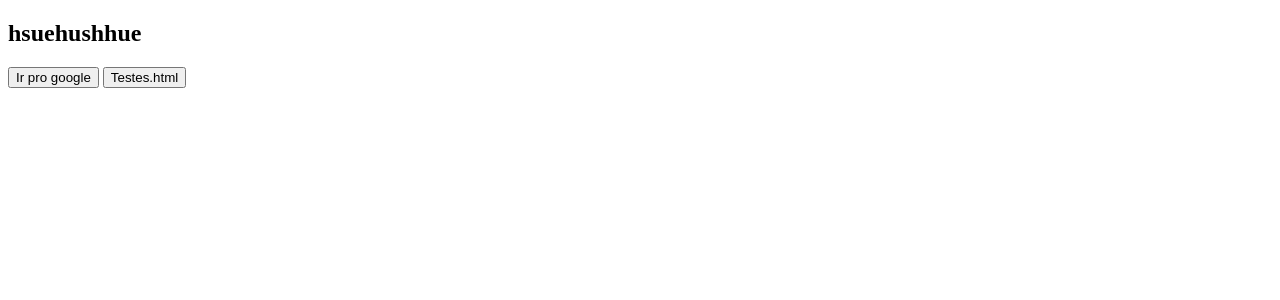
Repository: joaoaspimienta/Testes-e-estudo-de-ReactJS
Page: src/Anotações.html
The author's editor kept a copy of each file at every save. The page is drawn from the files as they stood at one save, then again after the next save.
The browser window is 1280 px wide. The pictures show the whole page.

Above is the page before, as saved 2021-12-27 18:35:20.

### src/Anotações.html
<!DOCTYPE html>
  <head>
    <title>Anotações</title>
    <script type="text/javascript" src="script.js"></script>
  </head>

  <body>
    <button onClick="window.location.href='https://www.google.com';">Ir pro google</button>

    <button onClick="window.location.href='Testes.html';">Testes.html</button>

    <!-- document.write("<h1>lol</h1>") -->
  </body>
</html>

### src/script.js
document.write("<h2>hsuehushhue</h2>")

After the next save:
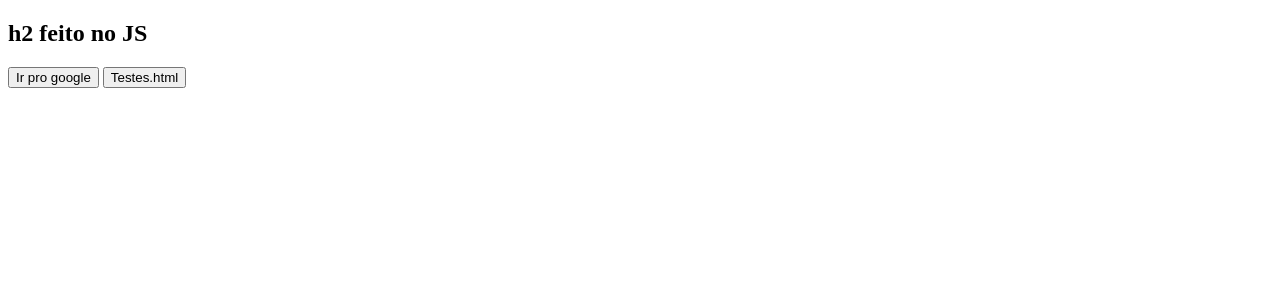
Saved 35 s later.
--- a/src/script.js
+++ b/src/script.js
@@ -1 +1 @@
-document.write("<h2>hsuehushhue</h2>")
+document.write("<h2>h2 feito no JS</h2>")
